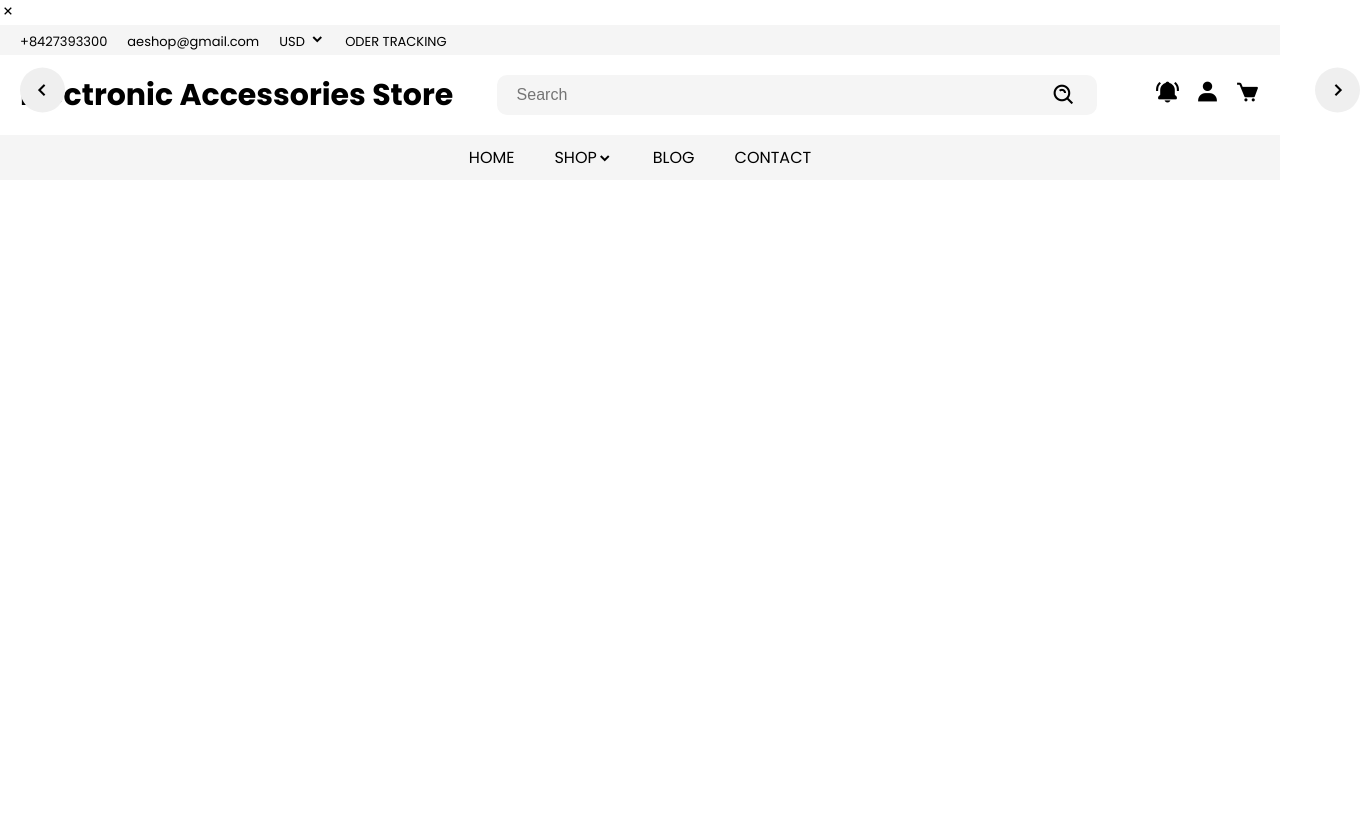
Repository: eric-nguyen-fe/Electronic_accessories
Page: index.html
The author's editor kept a copy of each file at every save. The page is drawn from the files as they stood at one save, then again after the next save.
The browser window is 1280 px wide. The page is 1360 px wide, then 1295 px, so the pictures cover 1360 px, including what lies to the right of the window. The pictures show the whole page.

Above is the page before, as saved 2021-10-31 19:56:20.

### index.html
<!DOCTYPE html>
<html lang="en">
<head>
    <meta charset="UTF-8">
    <meta http-equiv="X-UA-Compatible" content="IE=edge">
    <meta name="viewport" content="width=device-width, initial-scale=1.0">
    <title>Electronic Accessories</title>
    <!--Google font-->

    <link rel="preconnect" href="https://fonts.googleapis.com">
    <link rel="preconnect" href="https://fonts.gstatic.com" crossorigin>
    <link href="https://fonts.googleapis.com/css2?family=Poppins:ital,wght@0,100;0,200;0,300;0,400;0,500;0,600;0,700;0,800;0,900;1,100;1,200;1,300;1,400;1,500;1,600;1,700;1,800;1,900&display=swap" rel="stylesheet">

    <!--Boxicons-->

    <link href='https://unpkg.com/boxicons@2.0.9/css/boxicons.min.css' rel='stylesheet'>

    <!--App css-->
    <link href="./css/grid.css" rel="stylesheet">
    <link href="./css/app.css" rel="stylesheet">

</head>
<body>
    <!--Header-->
    <header>
        <div class="mobile-menu bg-second">
            <a href="#" class="mb-logo">EAShop</a>
            <span class="mb-menu-toggle" id="mb-menu-toggle">
                <i class='bx bx-menu'></i>
            </span>
        </div>
        <!--End mobile menu-->
        <!--Main Header-->
        <div class="header-wrapper" id="header-wrapper">
            <span class="mb-menu-toggle" id="mb-menu-toggle">
                <i class='bx bx-x'></i>
            </span>
            <!--Top header-->
            <div class="bg-second">
                <div class="top-header container">
                    <ul class="devided">
                        <li>
                            <a href="#">+8427393300</a>
                        </li>
                        <li>
                            <a href="#">aeshop@gmail.com</a>
                        </li>
                        <ul class="devided">
                            <li class="dropdown">
                                <a href="#">USD</a>
                                <i class='bx bxs-chevron-down'></i>
                                <ul class="dropdown-content">
                                    <li><a href="#">VIETNAMESE</a></li>
                                    <li><a href="#">JAPANESE</a></li>
                                    <li><a href="#">FRENCH</a></li>
                                    <li><a href="#">SPANISH</a></li>
                                </ul>
                            </li>
                            <li><a href="#">ODER TRACKING</a></li>
                        </ul>
                    </ul>
                </div>
            </div>
            <!--End top header-->
            <!--Mid header-->
            <div class="bg-main">
                <div class="mid-header container">
                    <a href="#" class="logo">Electronic Accessories Store</a>
                    <div class="search">
                        <input type="text" placeholder="Search">
                        <i class='bx bx-search-alt'></i>
                    </div>
                    <ul class="user-menu">
                        <li><a href="#"><i class='bx bxs-bell-ring' ></i></a></li>
                        <li><a href="#"><i class='bx bxs-user'></i></a></li>
                        <li><a href="#"><i class='bx bxs-cart' ></i></a></li>
                    </ul>
                </div>
            </div>
            <!--End mid header-->
            <!--Bottom header-->
            <div class="bg-second">
                <div class="bottom-header container">
                    <div class="main-menu">
                        <li><a href="#">Home</a></li>
                        <!--Mega menu-->
                        <li class="mega-dropdown">
                            <a href="./products.html">Shop<i class='bx bxs-chevron-down'></i></a>
                            <div class="mega-content">
                                <div class="row">
                                    <div class="col-3">
                                        <div class="box">
                                            <h3>Categories</h3>
                                            <ul>
                                                <li><a href="#">Wireless</a></li>
                                                <li><a href="#">Inear headphone</a></li>
                                                <li><a href="#">Overear headphone</a></li>
                                                <li><a href="#">Support headphone</a></li>
                                            </ul>
                                        </div>
                                    </div>
                                    <div class="col-3">
                                        <div class="box">
                                            <h3>Categories</h3>
                                            <ul>
                                                <li><a href="#">Wireless</a></li>
                                                <li><a href="#">Inear headphone</a></li>
                                                <li><a href="#">Overear headphone</a></li>
                                                <li><a href="#">Support headphone</a></li>
                                            </ul>
                                        </div>
                                    </div>
                                    <div class="col-3">
                                        <div class="box">
                                            <h3>Categories</h3>
                                            <ul>
                                                <li><a href="#">Wireless</a></li>
                                                <li><a href="#">Inear headphone</a></li>
                                                <li><a href="#">Overear headphone</a></li>
                                                <li><a href="#">Support headphone</a></li>
                                            </ul>
                                        </div>
                                    </div>
                                    <div class="col-3">
                                        <div class="box">
                                            <h3>Categories</h3>
                                            <ul>
                                                <li><a href="#">Wireless</a></li>
                                                <li><a href="#">Inear headphone</a></li>
                                                <li><a href="#">Overear headphone</a></li>
                                                <li><a href="#">Support headphone</a></li>
                                            </ul>
                                        </div>
                                    </div>
                                </div>
                                <div class="row img-row">
                                    <div class="col-3">
                                        <div class="box">
                                            <img src="./images/kisspng-beats-electronics-headphones-apple-beats-studio-red-headphones.png" alt="">
                                        </div>
                                    </div>
                                    <div class="col-3">
                                        <div class="box">
                                            <img src="./images/JBL_TUNE220TWS_ProductImage_Pink_ChargingCaseOpen.png" alt="">
                                        </div>
                                    </div>
                                    <div class="col-3">
                                        <div class="box">
                                            <img src="./images/JBL_JR 310BT_Product Image_Hero_Skyblue.png" alt="">
                                        </div>
                                    </div>
                                    <div class="col-3">
                                        <div class="box">
                                            <img src="./images/JBLHorizon_001_dvHAMaster.png" alt="">
                                        </div>
                                    </div>
                                </div>
                            </div>
                        </li>
                        <!--End mega menu-->
                        <li><a href="#">Blog</a></li>
                        <li><a href="#">Contact</a></li>
                    </div>
                </div>
            </div>
            <!--End bottom header-->

        </div>
        <!--End Main Header-->
    </header>
    <!--End Header-->
    <!-- Hero section -->
    <div class="hero">
        <div class="slider">
            <div class="container">
            <!-- slider item -->
            <div class="slide active">
                <div class="info">
                    <div class="info-content">
                        <h3 class="top-down">
                            JBL TUNE 750TC
                        </h3>
                        <h2 class="top-down trans-delay-0-2">
                            Next-gen desgin
                        </h2>
                        <p class="top-down trans-delay-0-4">
                            Lorem ipsum dolor sit amet, consectetur adipisicing elit. Velit eaque adipisci error incidunt excepturi ad vitae culpa tenetur doloremque molestiae rerum iste deserunt dignissimos sint inventore, odio nulla, ipsam magnam?
                        </p>
                        <div class="top-down trans-delay-0-6">
                            <button class="btn-flat btn-hover">
                                <span>Shop now</span>
                            </button>
                        </div>
                    </div>
                </div>
                <div class="img top-down">
                    <img src="./images/JBL_E55BT_KEY_RED_6063_FS_x1-1605x1605px.webp" alt="">
                </div>
            </div>
            <!-- end slider item -->
            <!-- slider item -->
            <div class="slide">
                <div class="info">
                    <div class="info-content">
                        <h3 class="top-down">
                            JBL QUANTUM ONE
                        </h3>
                        <h2 class="top-down trans-delay-0-2">
                            IPSUM DOLOR
                        </h2>
                        <p class="top-down trans-delay-0-4">
                            Lorem ipsum dolor sit amet, consectetur adipisicing elit. Velit eaque adipisci error incidunt excepturi ad vitae culpa tenetur doloremque molestiae rerum iste deserunt dignissimos sint inventore, odio nulla, ipsam magnam?
                        </p>
                        <div class="top-down trans-delay-0-6">
                            <button class="btn-flat btn-hover">
                                <span>Shop now</span>
                            </button>
                        </div>
                    </div>
                </div>
                <div class="img right-left">
                    <img src="./images/JBL_E55BT_KEY_BLACK_6175_FS_x1-1605x1605px.png" alt="">
                </div>
            </div>
            <!-- end slider item -->
            <!-- slider item -->
            <div class="slide">
                <div class="info">
                    <div class="info-content">
                        <h3 class="top-down">
                            JBL JR 310BT
                        </h3>
                        <h2 class="top-down trans-delay-0-2">
                            Consectetur Elit
                        </h2>
                        <p class="top-down trans-delay-0-4">
                            Lorem ipsum dolor sit amet consectetur adipisicing elit. Molestiae nulla dignissimos laboriosam voluptates quod libero, vel nisi hic! Similique delectus voluptas aspernatur nulla in numquam excepturi molestias suscipit, nobis sint.
                        </p>
                        <div class="top-down trans-delay-0-6">
                            <button class="btn-flat btn-hover">
                                <span>Shop now</span>
                            </button>
                        </div>
                    </div>
                </div>
                <div class="img left-right">
                    <img src="./images/JBL_JR 310BT_Product Image_Hero_Skyblue.png" alt="">
                </div>
            </div>
            <!-- end slider item -->
            </div>
        </div>
        <!-- slider controller -->
        <button class="slide-controll slide-next">
            <i class='bx bx-chevron-right'></i>
        </button>
        <button class="slide-controll slide-prev">
            <i class='bx bx-chevron-left'></i>
        </button>
        <!-- slider controller -->
    </div>
    <!-- End Hero section -->







    <!--App JS-->
    <script src="./js/app.js"></script>
    <script src="./js/index.js"></script>
</body>
</html>

### css/grid.css
.row{
    display: flex;
    flex-wrap: wrap;
    margin: 0 -15px;
}

.row-revere {
    flex-direction: row-reverse;
}

[class*="col-"]{
    padding: 0 15px;
    margin-bottom: 20px;
}
.col-1{
    width: 8.33%;
}
.col-2{
    width: 16.66%;
}
.col-3{
    width: 25%;
}
.col-4{
    width: 33.33%;
}
.col-5{
    width: 41.66%;
}
.col-6{
    width: 50%;
}
.col-7{
    width: 58.33%;
}
.col-8{
    width: 66.66%;
}
.col-9{
    width: 75%;
}
.col-10{
    width: 83.33%;
}
.col-11{
    width: 91,66%;
}
.col-12{
    width: 100%;
}

/* Medium screen*/

@media only screen and (max-width: 1280px) {
    .col-md-1{
        width: 8.33%;
    }
    .col-md-2{
        width: 16.66%;
    }
    .col-md-3{
        width: 25%;
    }
    .col-md-4{
        width: 33.33%;
    }
    .col-md-5{
        width: 41.66%;
    }
    .col-md-6{
        width: 50%;
    }
    .col-md-7{
        width: 58.33%;
    }
    .col-md-8{
        width: 66.66%;
    }
    .col-md-9{
        width: 75%;
    }
    .col-md-10{
        width: 83.33%;
    }
    .col-md-11{
        width: 91,66%;
    }
    .col-md-12{
        width: 100%;
    }

}

/* Small screen*/

@media only screen and (max-width: 750px) {
    .col-sm-1{
        width: 8.33%;
    }
    .col-sm-2{
        width: 16.66%;
    }
    .col-sm-3{
        width: 25%;
    }
    .col-sm-4{
        width: 33.33%;
    }
    .col-sm-5{
        width: 41.66%;
    }
    .col-sm-6{
        width: 50%;
    }
    .col-sm-7{
        width: 58.33%;
    }
    .col-sm-8{
        width: 66.66%;
    }
    .col-sm-9{
        width: 75%;
    }
    .col-sm-10{
        width: 83.33%;
    }
    .col-sm-11{
        width: 91,66%;
    }
    .col-sm-12{
        width: 100%;
    }

}

### css/app.css
:root{
    --main-bg-color: #fff;
    --second-bg-color: #f5f5f5;
    --third-bg-color: #e3e3e3;
    --grey: #4b4b4b;
    --back: #000;
    --red: #c0392b;
    --top-header-size: 30px;
    --mid-header-size: 80px;
    --bottom-header-size: 45px;
    --btn-bg: #000;
    --btn-border-color: #000;
    --btn-color: #fff;
}

*{
    padding: 0;
    margin: 0;
    box-sizing: border-box;
    -webkit-tap-highlight-color: transparent;
}

body{
    font-family: "Poppins", sans-serif;
    overflow-x: hidden;
    position: relative;
    background-color: var(--main-bg-color);
}

button{
    cursor: pointer;
}

a{
    display: inline-block;
    text-decoration: none;
    color: unset;
}

li{
    list-style-type: none;
}

img{
    max-width: 100%;
}

/*--------------------------------------------*/

.container{
    max-width: 1366px;
    margin: auto;
    padding: 0 20px;
    position: relative;
}

.bg-second{
    background-color: var(--second-bg-color);
}

.bg-main{
    background-color: var(--main-bg-color);
}

.text-red{
    color: var(--red);
}

.mobile-menu{
    align-items: center;
    justify-content: space-between;
    padding: 10px 20px;
    display: none;
}

.top-header{
    height: 30px;
    display: flex;
    justify-content: space-between;
    align-items: center;
}

.top-header ul{
    display: flex;
}

.top-header a{
    font-size: 13px;
}

ul.devided >li{
    margin-right: 10px;
    padding-right: 10px;
/*     border-right: 1px solid;
 */}

ul.devided > li:last-child{
    border-right: none;
}

/* dropdown */
.dropdown{
    position: relative;
}

.dropdown:hover .dropdown-content{
    top:100%;
    opacity: 1;
    visibility: visible;
}

.dropdown-content{
    display: flex;
    opacity: 0;
    visibility: hidden;
    position:absolute;
    top: calc(100% + 10px);
    background-color: #fff;
    flex-direction: column;
    box-shadow: rgba(100, 100, 111, 0.2) 0px 7px 29px 0;
    transition: all 0.4s cubic-bezier(0.77,0, 0.175,1);
    z-index: 2;
}

.dropdown-content >li >a{
    padding: 10px;
}

.dropdown-content >li:hover{
    color: var(--red);
}

/* end dropdown */

.mid-header{
    display: flex;
    align-items: center;
    justify-content: space-between;
    height: 80px;
    background-color: var(--main-bg-color);

}

.logo{
    font-size: 30px;
    font-weight: 700;
}

.search{
    width: 600px;
    height: 40px;
    position: relative;
}

.search input{
    height: 100%;
    width: 100%;
    font-size: 16px;
    outline: 0;
    padding: 0 20px;
    border-radius: 10px;
    border: 0;
    background-color: var(--second-bg-color);
}

.search i{
    position: absolute;
    top: 50%;
    transform: translateY(-50%);
    right: 20px;
    cursor: pointer;
    font-size: 25px;

}

.user-menu{
    display: flex;
}

.user-menu >li >a{
    font-size: 25px;
    margin-left: 15px;
}

.bottom-header{
    display: flex;
    align-items: center;
    justify-content: center;
}

.main-menu{
    display: flex;
    height: var(--bottom-header-size);
}

.main-menu a{
    display: flex;
    align-items: center;
    margin: 0 20px;
    font-size: 600;
    height: 100%;
    text-transform: uppercase;
}

.main-menu>li{
    border-bottom: 2px solid transparent;
    border-top: 2px solid transparent;
}

.main-menu> li:hover{
    border-bottom: 4px solid var(--red);
}

/* mega menu */

.mega-content{
    opacity: 0;
    visibility: hidden;
    position: absolute;
    left: 0;
    background-color: var(--main-bg-color);
    width: 100%;
    top: calc(100% +100px);
    z-index: 2;
    box-shadow: rgba(100, 100, 111, 0.2) 0px 7px 29px 0;
    transition: all .4s cubic-bezier(0.77, 0 , 0.175, 1);
}

.mega-dropdown:hover .mega-content{
    opacity: 1;
    visibility: visible;
    top: 100%;
}

.mega-content h3{
    margin: 20px 0;
    padding-left: 20px;
}

.mega-content ul{
    display: flex;
    flex-direction: column;
}

.mega-content ul> li >a{
    font-weight: normal;
    padding: 10px 0;
    border-bottom: 2px dashed #f5f5f5;
    transition: padding-left .2s ease-in-out;
    margin: 0 20px;
    text-transform: capitalize;
}

.mega-content ul> li >a:hover{
    padding-left: 10px;

}

.mega-content ul> li{
    padding-left: 10px;
    border-bottom: 2px solid transparent;

}

.mega-content ul> li:hover{
    padding-left: 10px;
    border-bottom: 3px solid var(--red);

}
/* end mega menu */

.box{
    padding: 20px;
}

.hero{
    height: calc(100vh -
        (
         var(--top-header-size) +  var(--mid-header-size) +var(--bottom-header-size)
        )
    );
    padding: 0 20px;
}

.slider,
.slider .container{
    height: 100%;
    position: relative;
}

.slide{
    height: 100%;
    position: absolute;
    display: flex;
    inset: 0;
    overflow: hidden;
    visibility: hidden;
}

.slide.active {
    visibility: visible;
}

.slide .info{
    width: 50%;
    display: flex;
    flex-direction: column;
    justify-content: center;
    height: 100%;
}

.info-content h2 {
    font-size: 70px;
    margin: 10px 0 35px;
}

.info-content button{
    margin-top: 30px;
}

.slide .img{
    width: 50%;
    display: flex;
    align-items: center;
    justify-content: center;
}

.btn-flat{
    display: inline-block;
    border:  2px solid var(--btn-border-color);
    background-color: var(--btn-bg);
    color: var(--btn-color);
    padding: 15px 35px;
    font-size: 15px;
    outline: 0;
    font-weight: 600;
    text-transform: uppercase;
}

.btn-hover{
    transition: all .3s ease-in-out;
}

.btn-hover:hover{
    background-color: var(--btn-color);
    color: var(--btn-bg);
}

.slide-controll{
    position: absolute;
    top: 50%;
    transform: translateY(-50%);
    outline: 0;
    border: 0;
    border-radius: 50%;
    font-size: 25px;
    display: flex;
    align-items: center;
    padding: 10px;
    transition: all 0.3s cubic-bezier(0.77, 0, 0.175, 1);
}

.slide-controll:hover{
    background-color: var(--btn-bg);
    color: var(--btn-color);
}

.slide-next{
    right: -80px;
}

### js/index.js
let slide_index = 0
let slide_play = true
let slides =document.querySelectorAll('.slide')

hideAllSlide = () => {
    slides.forEach(e =>{
        e.classList.remove('active')
    })
}

showSlide = () => {
    hideAllSlide()
    slides[slide_index].classList.add('active')
}

nextSlide = () => slide_index = slide_index + 1 === slides.length ? 0 : slide_index + 1
prevSlide = () => slide_index = slide_index - 1 < 0 ? slides.length - 1 : slide_index - 1

//pause slide when hover slider

document.querySelector(".slide").addEventListener('mouseover', () => slide_play = false)

//enable slide when mouse leave out slider

document.querySelector(".slide").addEventListener('mouseleave', () => slide_play = true)

showSlide()

/* setInterval(() =>{
    if(!slide_play) return
    nextSlide()
    showSlide()
}, 2000); */

Loaded but not shown: js/app.js (no stored copy; drawn as an empty file)

After the next save:
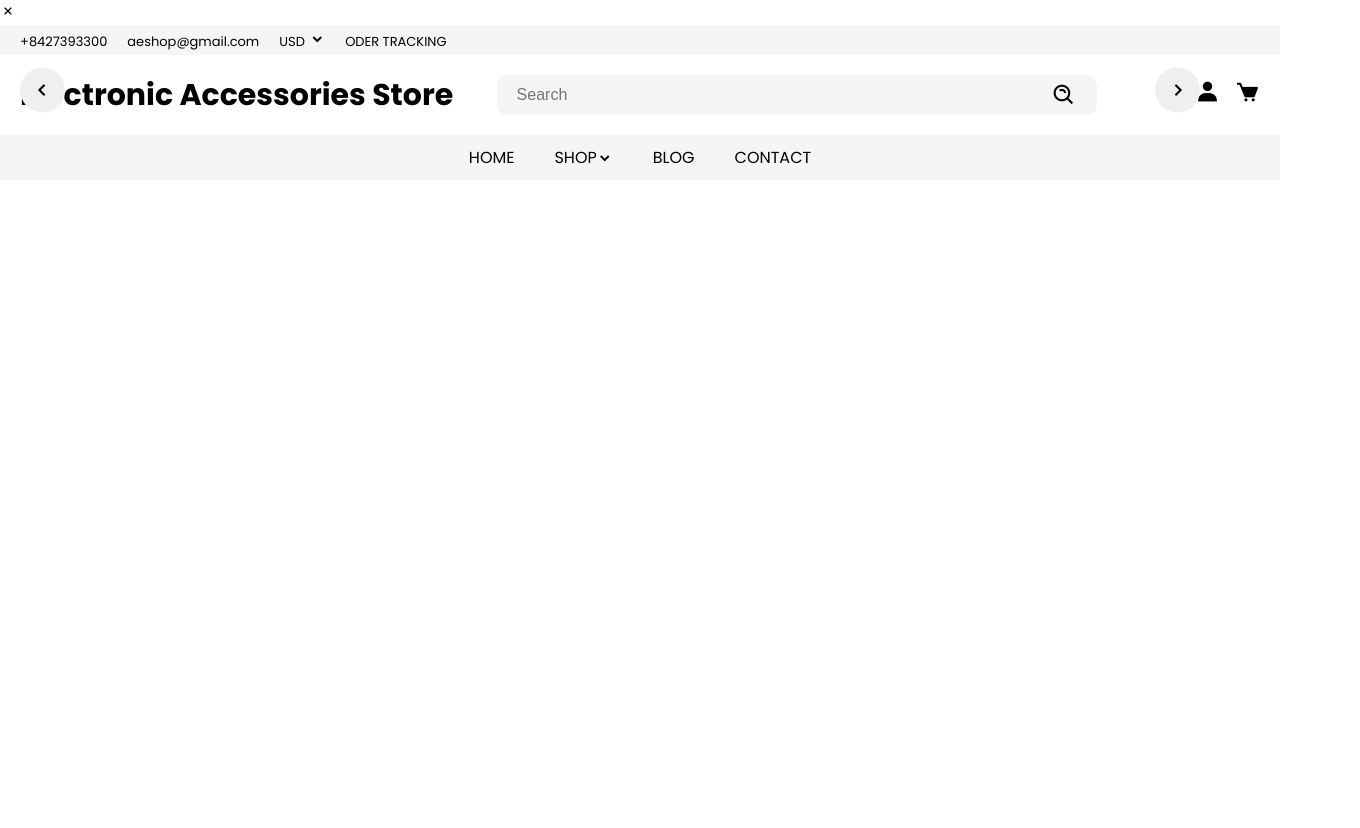
Saved 68 s later.
--- a/css/app.css
+++ b/css/app.css
@@ -366,5 +366,5 @@
 }
 
 .slide-next{
-    right: -80px;
-}
+    right: 80px;
+}
